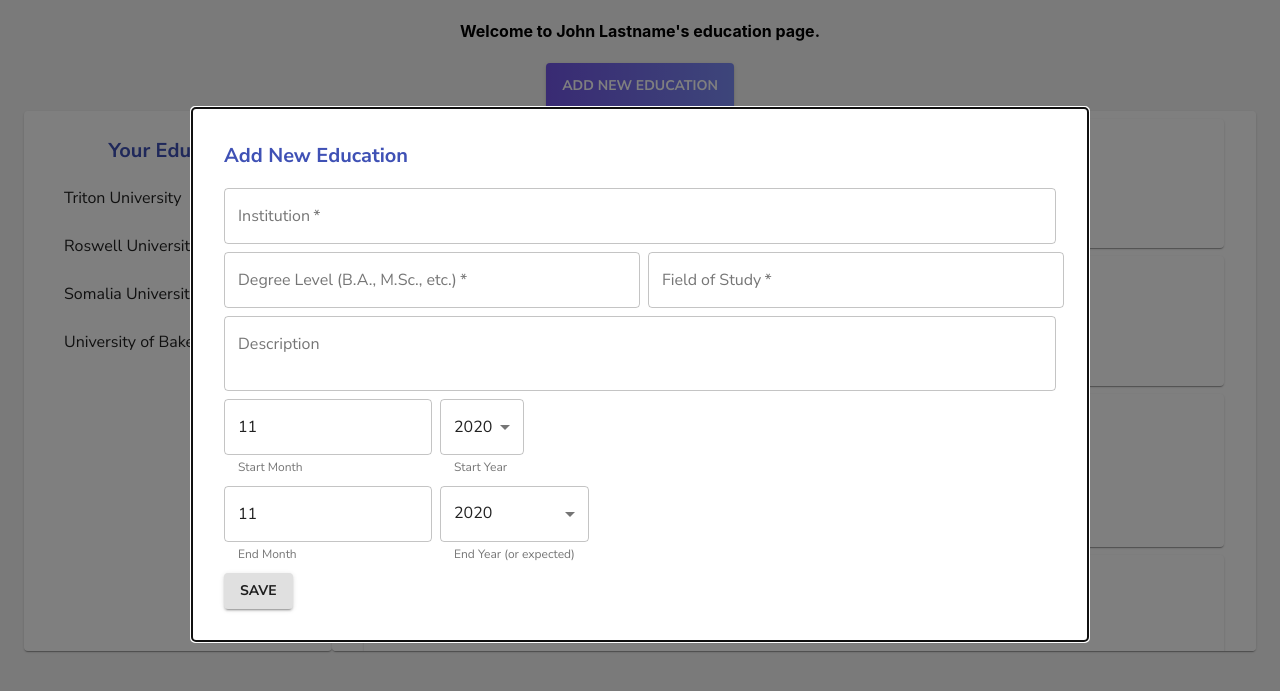
Repository: noellered/Showwcase-React-Challenge
Page: / (app in showwcase-education-react/), after clicking the first element matching `button.MuiButtonBase-root`
An editor plug-in stored every save of this project. The page is shown before and after the next save, followed by the edit.
The browser window is 1280 px wide. The pictures show the whole page.
The page's requests for data from a server got no answer. An inner scrolling area shows only its first screen. The project was rebuilt for these pictures with package versions that can differ from the ones it lists, and the page was loaded fresh each time. No one was signed in, and anything a server would have sent is missing. Also part of the build but not shown: showwcase-education-react/src/components/Home.tsx.

Above is the page before, as saved 2020-12-17 17:27:18.

After the next save:
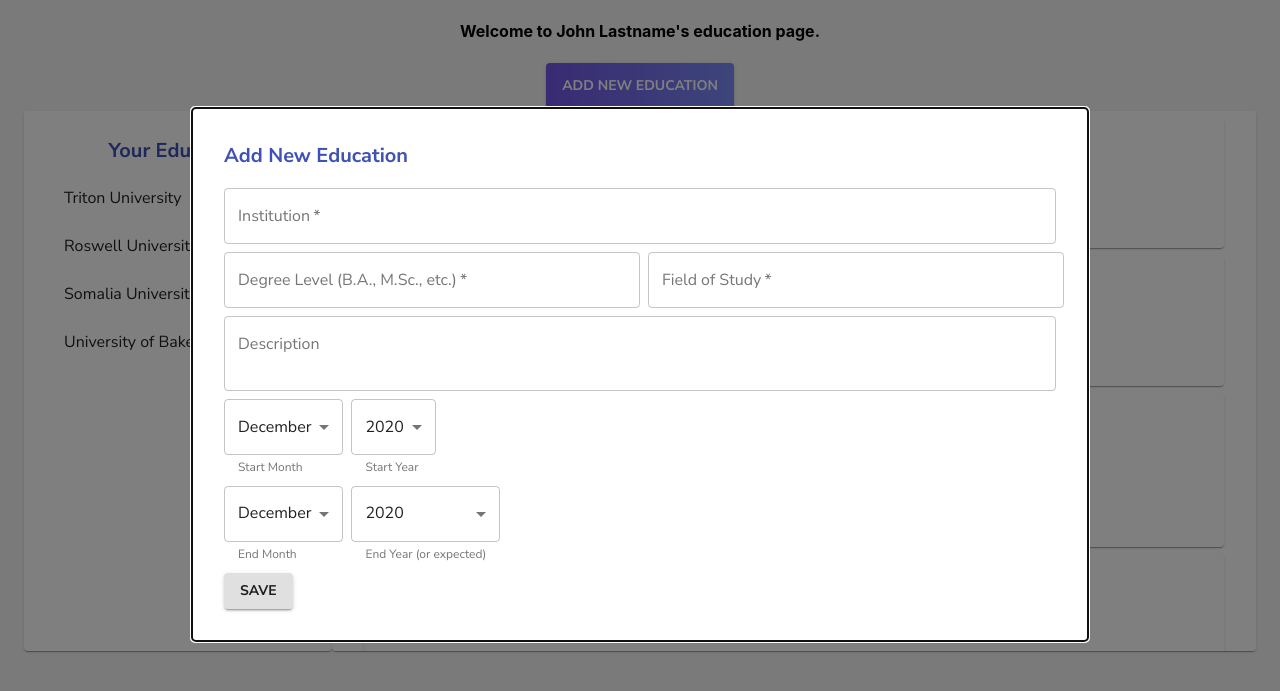
Saved 1 s later.
--- a/showwcase-education-react/src/components/pickers/MonthPicker.tsx
+++ b/showwcase-education-react/src/components/pickers/MonthPicker.tsx
@@ -37,7 +37,7 @@ const MonthPicker:FunctionComponent<MonthPickerProps> = ({ label, id, className
     return (
         <div>
             <FormControl>
-                <TextField helperText={label} id={id} value={month} onChange={handleChange} className={className} variant="outlined" required>
+                <TextField select helperText={label} id={id} value={month} onChange={handleChange} className={className} variant="outlined" required>
                 { months.map((month) => <MenuItem value={month.id}>{month.name}</MenuItem>)}
                 </TextField>
             </FormControl>
